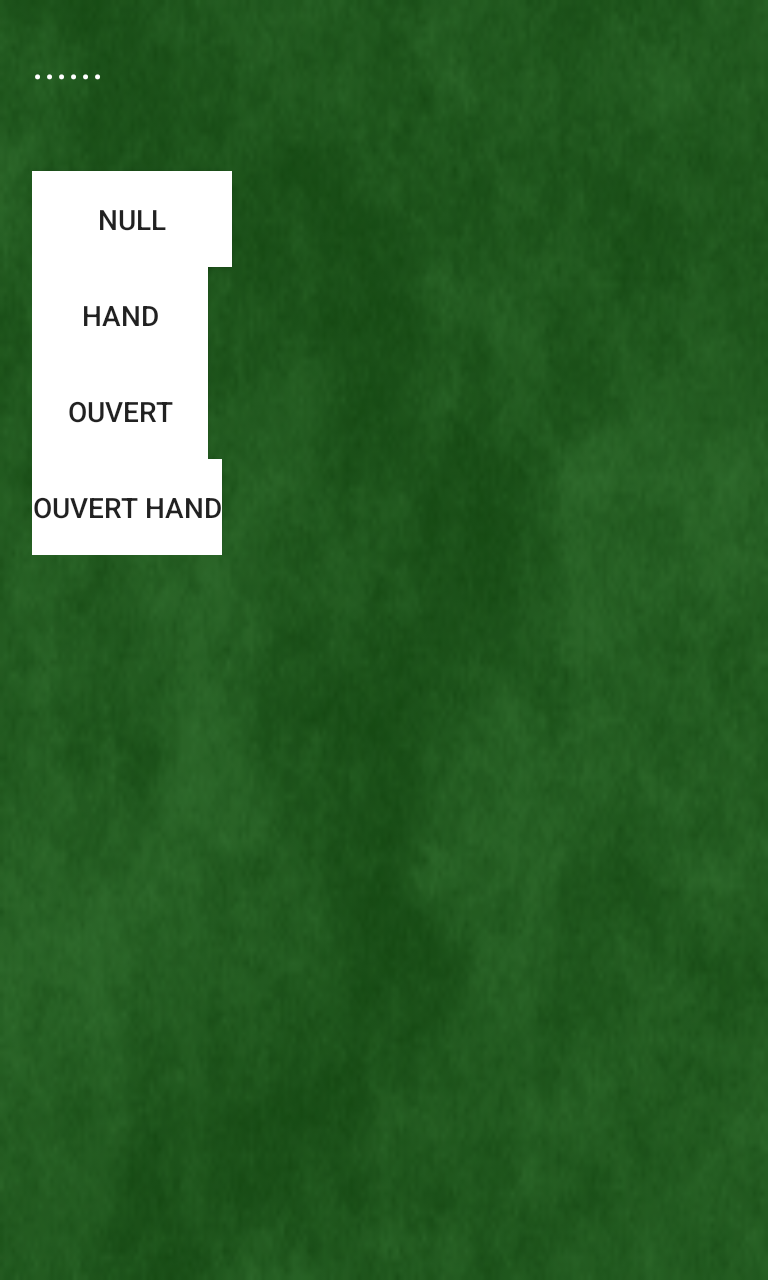
Repository: razinanu/InSy-Skat
Layout: InSy-Skat/res/layout/fragment_null_s.xml
These files come from the project's save history. The layout is drawn as it stood at one moment and after the next save; the edit follows.
It is drawn on a 768 x 1280 px phone screen (xhdpi) without system bars, with theme AppThemeWithoutActionBarTitle; the app's code is not run.

Above is the layout before, as saved 2014-06-21 19:06:51.

### InSy-Skat/res/layout/fragment_null_s.xml
<ScrollView xmlns:android="http://schemas.android.com/apk/res/android"
    xmlns:tools="http://schemas.android.com/tools"
    android:layout_width="match_parent"
    android:layout_height="match_parent"
    android:paddingBottom="@dimen/activity_vertical_margin"
    android:paddingLeft="@dimen/activity_horizontal_margin"
    android:paddingRight="@dimen/activity_horizontal_margin"
    android:paddingTop="@dimen/activity_vertical_margin"
    android:background="@drawable/hintergrundapp"
    tools:context="com.example.insy_skat.NullSPActivity$PlaceholderFragment" >


        <LinearLayout
            android:layout_width="match_parent"
            android:layout_height="wrap_content"
            android:orientation="vertical" >

            <TextView
                android:id="@+id/bubenAuswahlText"
                android:layout_width="wrap_content"
                android:layout_height="wrap_content"
                android:text="@string/nullspiel"
                android:textAppearance="?android:attr/textAppearanceLarge"
                android:textColor="#ffffff" />

            <Button
                android:id="@+id/nullsp"
                android:layout_width="100dp"
                android:layout_height="wrap_content"
                android:text="@string/nullString"
                android:gravity="center"
                android:layout_marginTop="40dp"
                android:background="#ffffff" />

             <Button
                 android:id="@+id/nullH"
                 android:layout_width="wrap_content"
                 android:layout_height="wrap_content"
                 android:text="@string/nullH"
                 android:background="#ffffff" />

             <Button
                 android:id="@+id/nullou"
                 android:layout_width="wrap_content"
                 android:layout_height="wrap_content"
                 android:text="@string/nullou"
                 android:background="#ffffff" />

             <Button
                 android:id="@+id/nullouH"
                 android:layout_width="wrap_content"
                 android:layout_height="wrap_content"
                 android:text="@string/nullouH"
                 android:background="#ffffff" />

        </LinearLayout>


</ScrollView>

### InSy-Skat/res/values/strings.xml
<?xml version="1.0" encoding="utf-8"?>
<resources>

    <string name="app_name">Reizassistent</string>
    <string name="action_settings">Settings</string>
    <string name="zurueck">Zurück</string>
    <string name="weiter">Weiter</string>
    <string name="menue">Menü</string>
    <string name="abbrechen">Beenden</string>
    <string name="farbspielGrand">Farbspiel/Grand</string>
    <string name="nullString">Null</string>
    <string name="grand">Grand</string>
    <string name="reizassistent">Reizassistent</string>
    <string name="bubenAuswaehlen">Buben Auswählen</string>
    <string name="farbenAuswahl">Farben Auswählen</string>
    <string name="reizenTabelle">Reiztabelle</string>
    <string name="title_activity_selected_soldiers">SelectedSoldiers</string>
    <string name="title_activity_farben_auswahl">FarbenAuswahl</string>
    <string name="title_activity_result">ResultActivity</string>
    <string name="info_title">Zusätzliche Informationen</string>
    <string name="home_title">Hauptmenü</string>
    <string name="title_activity_null_sp">NullSPActivity</string>
    <string name="nullspiel">......</string>
     <string name="nullH">Hand</string>
     <string name="nullou">Ouvert</string>
     <string name="nullouH">Ouvert Hand</string>

</resources>

Loaded but not shown: InSy-Skat/res/values-v11/styles.xml (common file); InSy-Skat/res/values/styles.xml (common file); InSy-Skat/res/values-v14/styles.xml (common file); InSy-Skat/res/values/dimens.xml (common file); InSy-Skat/res/values-w820dp/dimens.xml (common file)

After the next save:
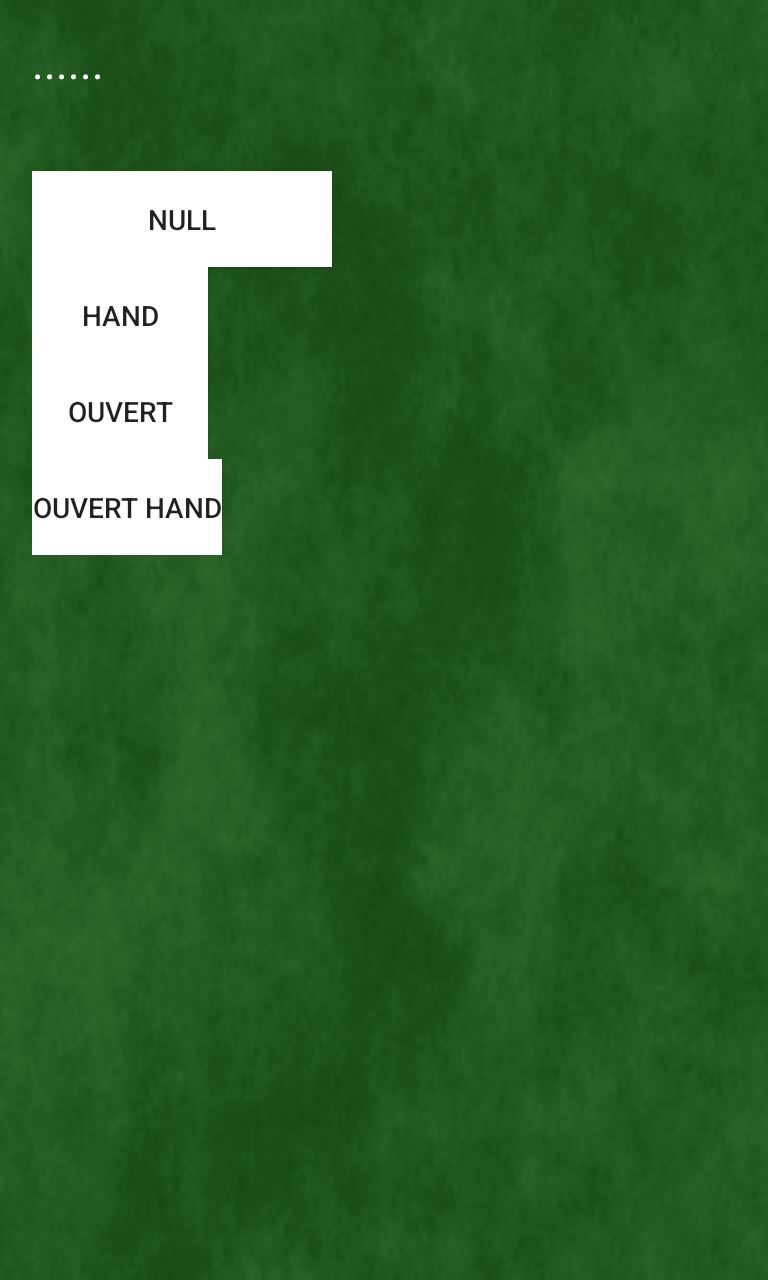
Saved 10 s later.
--- a/InSy-Skat/res/layout/fragment_null_s.xml
+++ b/InSy-Skat/res/layout/fragment_null_s.xml
@@ -25,7 +25,7 @@
 
             <Button
                 android:id="@+id/nullsp"
-                android:layout_width="100dp"
+                android:layout_width="150dp"
                 android:layout_height="wrap_content"
                 android:text="@string/nullString"
                 android:gravity="center"
